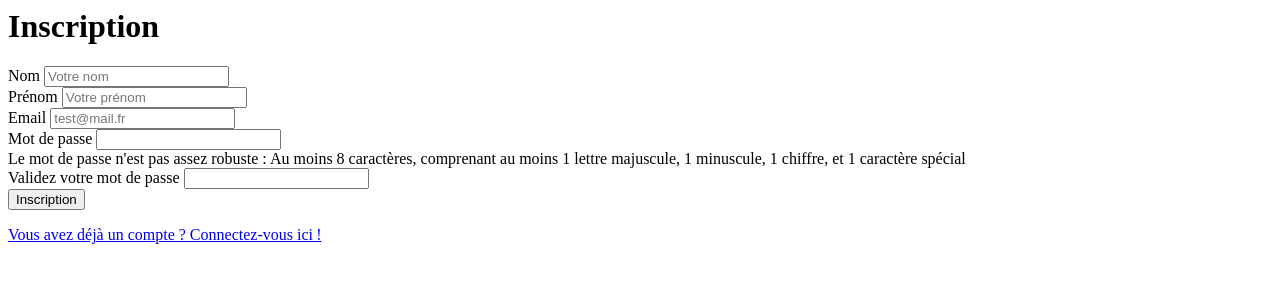
Repository: lemonhao9/QuaiAntiqueRestaurantFront
Page: pages/auth/signup.html
These files come from the project's save history. The page is drawn as it stood at one moment and after the next save; the edit follows.
The browser window is 1280 px wide. The pictures show the whole page.

Above is the page before, as saved 2025-02-24 17:16:53.

### pages/auth/signup.html
<div class="hero-scene text-center text-white">
    <div class="hero-scene-content">
            <h1>Inscription</h1>
    </div>
</div>

<div class="container">
    <form>
        <div class="mb-3">
            <label for="NomInput" class="form-label">Nom</label>
            <input type="text" class="form-control" id="NomInput" placeholder="Votre nom" name="Nom">
        </div>
        <div class="mb-3">
            <label for="PrenomInput" class="form-label">Prénom</label>
            <input type="text" class="form-control" id="PrenomInput" placeholder="Votre prénom" name="Prenom">
          </div>
        <div class="mb-3">
          <label for="EmailInput" class="form-label">Email</label>
          <input type="email" class="form-control" id="EmailInput" placeholder="test@mail.fr" name="Email">
        </div>
        <div class="mb-3">
          <label for="PasswordInput" class="form-label">Mot de passe</label>
          <input type="password" class="form-control" id="PasswordInput" name="Password">
          <div class="invalid-feedback">
            Le mot de passe n'est pas assez robuste : Au moins 8 caractères, comprenant au moins 1 lettre majuscule, 1 minuscule, 1 chiffre, et 1 caractère spécial
          </div>
        </div>
        <div class="mb-3">
            <label for="ValidatePasswordInput" class="form-label">Validez votre mot de passe</label>
            <input type="password" class="form-control" id="ValidatePasswordInput" name="PasswordConfirm">
          </div>
        <div class="text-center">
            <button type="submit" class="btn btn-primary" id="btn-validation-inscription">Inscription</button>
        </div>
    </form>
    <div class="text-center pt-3">
        <a href="/signin">Vous avez déjà un compte ? Connectez-vous ici !</a>
    </div>
</div>

After the next save:
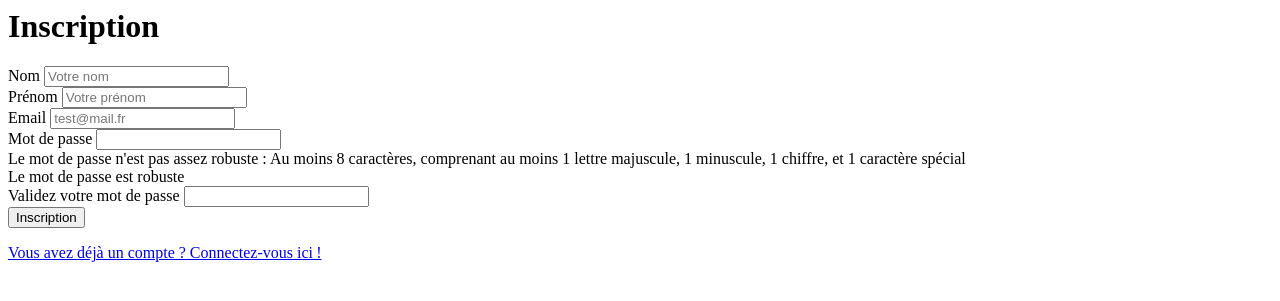
Saved 80 s later.
--- a/pages/auth/signup.html
+++ b/pages/auth/signup.html
@@ -24,6 +24,9 @@
           <div class="invalid-feedback">
             Le mot de passe n'est pas assez robuste : Au moins 8 caractères, comprenant au moins 1 lettre majuscule, 1 minuscule, 1 chiffre, et 1 caractère spécial
           </div>
+          <div class="valid-feedback">
+            Le mot de passe est robuste
+          </div>
         </div>
         <div class="mb-3">
             <label for="ValidatePasswordInput" class="form-label">Validez votre mot de passe</label>
